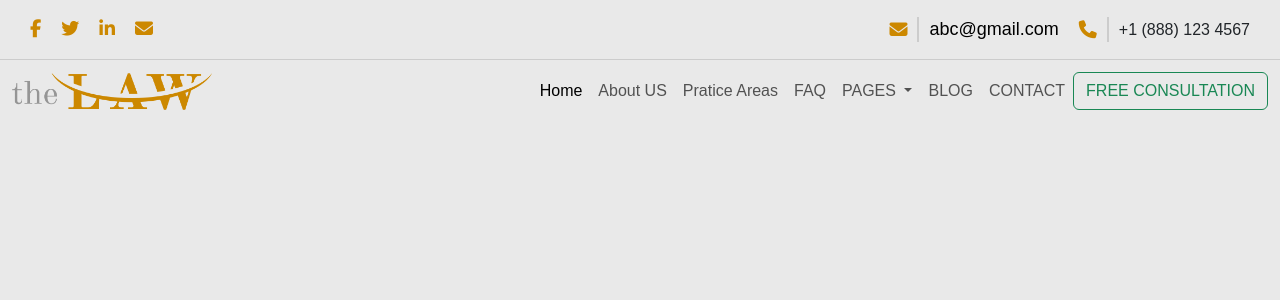
Repository: arehmanraza/lawyer_website
Page: Pages/index.html
An editor plug-in stored every save of this project. The page is shown before and after the next save, followed by the edit.
The browser window is 1280 px wide. The pictures show the whole page.
Some web libraries are served in a nearby version.

Above is the page before, as saved 2024-05-22 01:45:49.

After the next save:
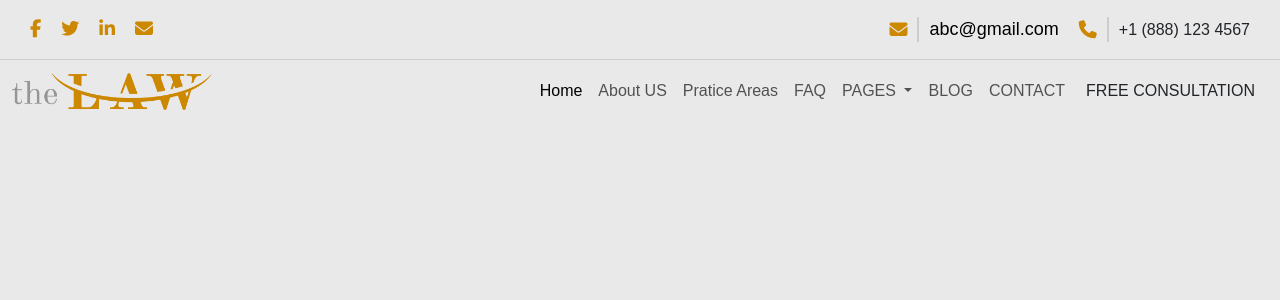
Saved 19 s later.
--- a/Pages/index.html
+++ b/Pages/index.html
@@ -117,7 +117,7 @@
             </ul>
             <form class="d-flex" role="search">
 
-              <button class="btn btn-outline-success" type="submit">FREE CONSULTATION</button>
+              <button class="btn" type="submit">FREE CONSULTATION</button>
             </form>
           </div>
         </div>

After the save that followed:
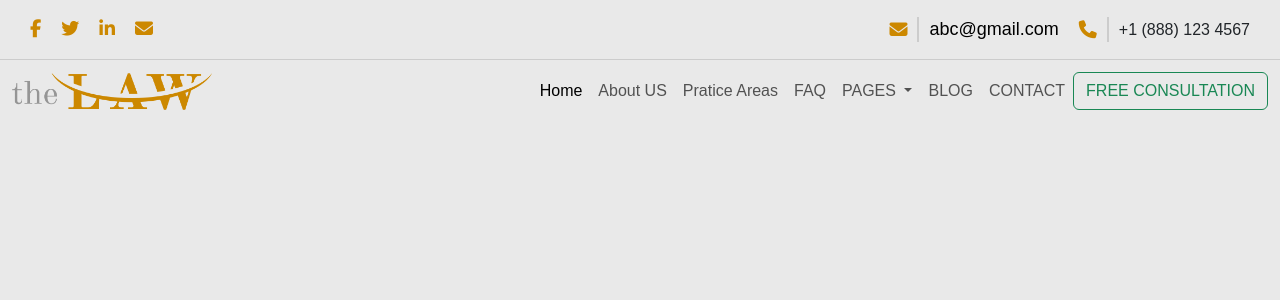
Saved 6 s later.
--- a/Pages/index.html
+++ b/Pages/index.html
@@ -117,7 +117,7 @@
             </ul>
             <form class="d-flex" role="search">
 
-              <button class="btn" type="submit">FREE CONSULTATION</button>
+              <button class="btn btn-outline-success" type="submit">FREE CONSULTATION</button>
             </form>
           </div>
         </div>
